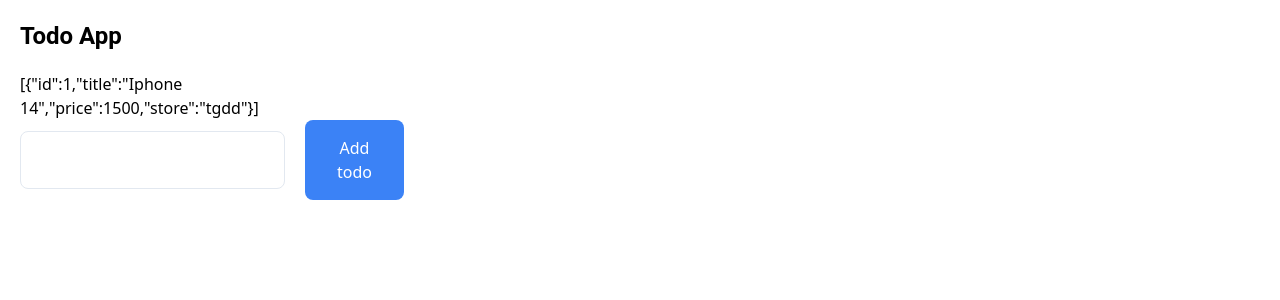
Repository: vophuocthanh/react-typescript
Page: /
The author's editor kept a copy of each file at every save. The page is drawn from the files as they stood at one save, then again after the next save.
The browser window is 1280 px wide. The pictures show the whole page.
The project was rebuilt for these pictures with package versions that can differ from the ones it lists, and the page was loaded fresh each time. Also part of the build but not shown: vite.config.ts.

Above is the page before, as saved 2023-04-09 21:14:43.

### src/App.tsx
import React, { useEffect, useReducer, useRef, useState } from "react";
import useTodos from "./hooks/useTodos";
const Heading = ({ title }: { title: string }) => {
  return <h2 className="mb-5 text-2xl font-bold font-primary">{title}</h2>;
};

interface Data {
  text: string;
  id: number;
}
const App = () => {
  const { todos, onAddTodo, onRemoveTodo, inputRef } = useTodos([]);
  const [data, setData] = useState<Data | null>(null);
  useEffect(() => {
    fetch("data.json")
      .then((res) => res.json())
      .then((result) => {
        setData(result);
      });
  }, []);
  const onClickItem = (item: string) => {
    alert(item);
  };
  const products = [
    {
      id: 1,
      title: "Iphone 14",
      price: 1500,
      store: "tgdd",
    },
  ];
  return (
    <div>
      <Heading title="Todo App"></Heading>
      {/* {JSON.stringify(data)}
      <List
        items={["javascript", "html", "css", "react"]}
        onClickItem={(item: string) => onClickItem(item)}
      ></List>
      <Boxed>
        <div>abc</div>
      </Boxed> */}
      <div className="max-w-sm">
        <RenderList
          keyExtractor={(todo) => todo.id}
          items={todos}
          render={(todo) => (
            <div className="flex items-center gap-x-3" key={todo.id}>
              <span>{todo.text}</span>
              <button
                onClick={() => onRemoveTodo(todo.id)}
                className="p-2 text-sm font-medium text-white bg-red-500 rounded-lg"
              >
                Remove
              </button>
            </div>
          )}
        ></RenderList>
        <RenderList
          keyExtractor={(product) => product.id}
          items={products}
          render={(product) => <div>{JSON.stringify(products)}</div>}
        ></RenderList>
        {/* <div className="flex flex-col mb-5 gap-y-5">
          {todos.map((todo) => (
            <div className="flex items-center gap-x-3" key={todo.id}>
              <span>{todo.text}</span>
              <button
                onClick={() => onRemoveTodo(todo.id)}
                className="p-2 text-sm font-medium text-white bg-red-500 rounded-lg"
              >
                Remove
              </button>
            </div>
          ))}
        </div> */}
        <div className="flex items-center gap-x-5">
          <input
            type="text"
            className="p-4 border rounded-lg outline-none border-slate-200"
            ref={inputRef}
          />
          <button
            onClick={onAddTodo}
            className="p-4 text-center text-white bg-blue-500 rounded-lg"
          >
            Add todo
          </button>
        </div>
      </div>
    </div>
  );
};

const RenderList = <T,>({
  items,
  render,
  keyExtractor,
}: {
  items: T[];
  render: (item: T) => React.ReactNode;
  keyExtractor: (item: T) => number | string;
}) => {
  return (
    <ul>
      {items.map((item, index) => (
        <li key={keyExtractor(item)}>{render(item)}</li>
      ))}
    </ul>
  );
};

const List = ({
  items,
  onClickItem,
}: {
  items: string[];
  onClickItem?: (item: string) => void;
}) => {
  return (
    <div>
      {items.map((item) => (
        <div key={item} onClick={() => onClickItem?.(item)}>
          {item}
        </div>
      ))}
    </div>
  );
};
const Boxed = ({ children }: { children?: React.ReactNode }) => {
  return <div>{children}</div>;
};

interface ButtonProps {
  children: React.ReactNode;
}

const Button = ({ children }: ButtonProps) => {
  return <button>{children}</button>;
};

export default App;

### src/index.css
@tailwind base;
@tailwind components;
@tailwind utilities;
@layer base {
  body {
    @apply p-5;
  }
}

### src/hooks/useTodos.ts
import { useReducer, useRef } from "react";

type ActionType =
  | { type: "ADD"; text: string }
  | { type: "REMOVE"; id: number };
interface Todo {
  id: number;
  text: string;
}
const todoReducer = (state: Todo[], action: ActionType) => {
  switch (action.type) {
    case "ADD":
      return [
        ...state,
        {
          id: state.length,
          text: action.text,
        },
      ];
    case "REMOVE":
      return state.filter((todo: Todo) => todo.id !== action.id);
    default:
      throw new Error("");
  }
};

export default function useTodos(initialState: Todo[]): {
  todos: Todo[];
  onAddTodo: () => void;
  onRemoveTodo: (todoId: number) => void;
  inputRef: React.LegacyRef<HTMLInputElement> | undefined;
} {
  const [todos, dispatch] = useReducer(todoReducer, initialState);
  const inputRef = useRef<HTMLInputElement>(null);
  const onRemoveTodo = (todoId: number) => {
    dispatch({
      type: "REMOVE",
      id: todoId,
    });
  };
  const onAddTodo = () => {
    if (inputRef.current) {
      dispatch({
        type: "ADD",
        text: inputRef.current.value,
      });
      inputRef.current.value = "";
    }
  };
  return {
    todos,
    onAddTodo,
    onRemoveTodo,
    inputRef,
  };
}

### tailwind.config.js
/** @type {import('tailwindcss').Config} */
export default {
  content: ["./index.html", "./src/**/*.{js,ts,jsx,tsx}"],
  theme: {
    extend: {
      fontFamily: {
        primary: ["Roboto"],
      },
    },
  },
  plugins: [],
};

### public/data.json
{
  "text": "Hello from Thanh Dev",
  "id": 1
}

Loaded but not shown: index.html (common file); src/main.tsx (common file)

After the next save:
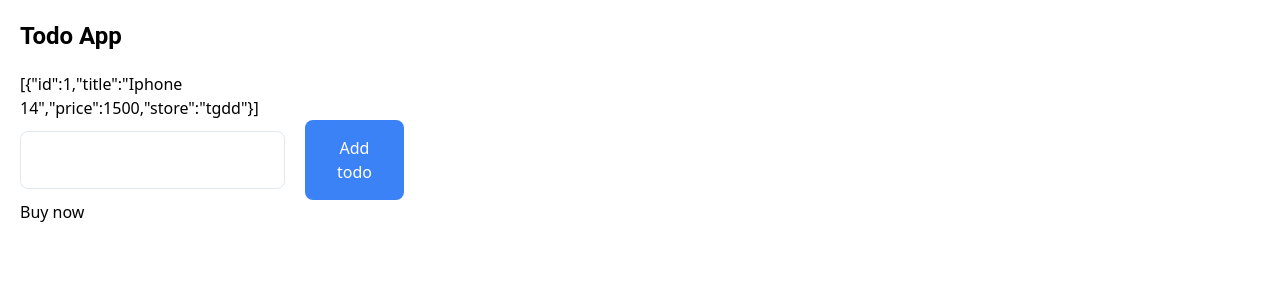
Saved 51 s later.
--- a/src/App.tsx
+++ b/src/App.tsx
@@ -88,6 +88,7 @@ const App = () => {
           </button>
         </div>
       </div>
+      <Button>Buy now</Button>
     </div>
   );
 };
